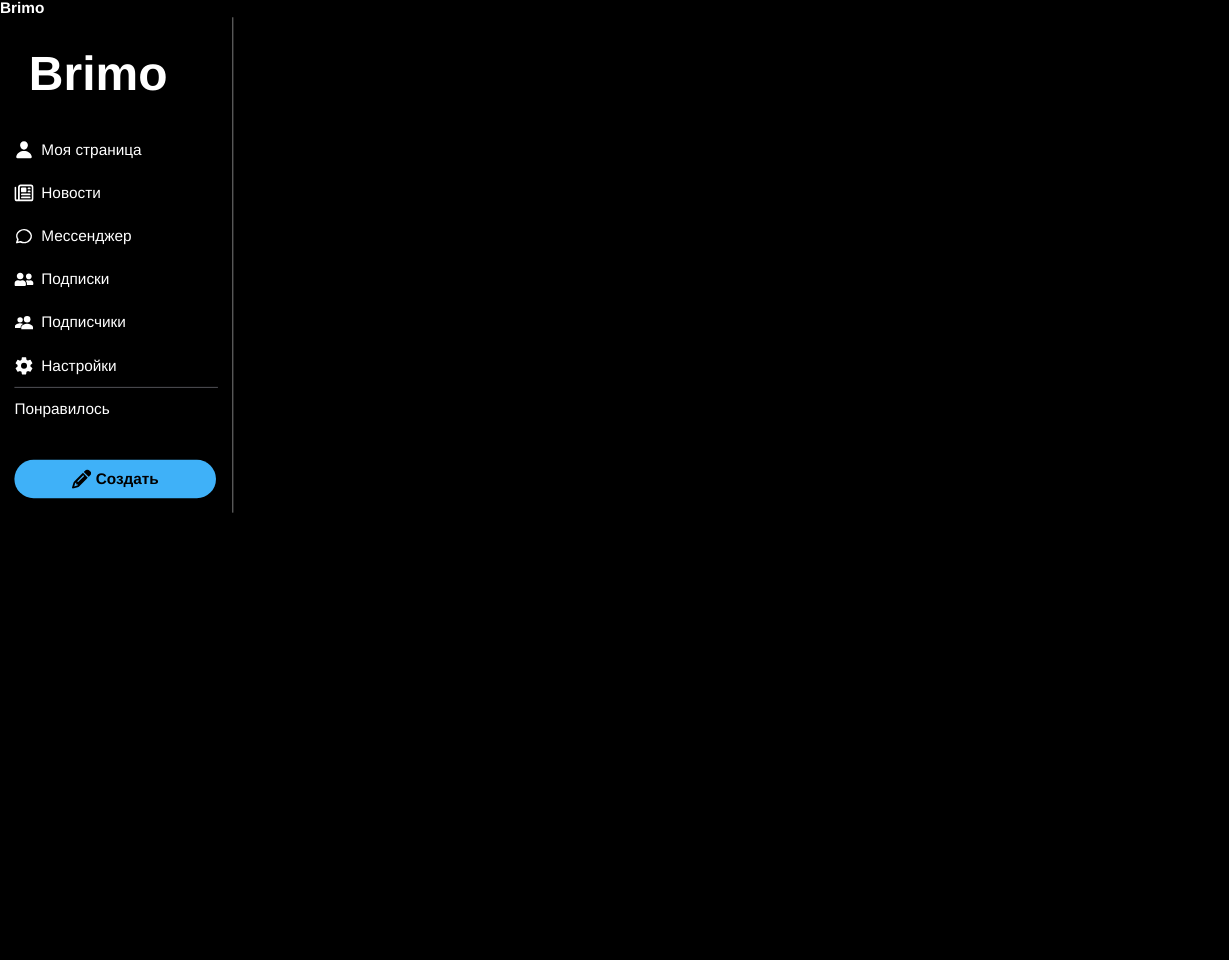
Repository: MaksimKrupkin/socialNetwork
Page: / (app in frontend/socialNetworkFrontend/)
An editor plug-in stored every save of this project. The page is shown before and after the next save, followed by the edit.
The browser window is 1280 px wide. The pictures show the whole page, at 96% of full size.
The project was rebuilt for these pictures with package versions that can differ from the ones it lists, and the page was loaded fresh each time. Also part of the build but not shown: frontend/socialNetworkFrontend/vite.config.js, frontend/socialNetworkFrontend/src/index.css.

Above is the page before, as saved 2024-11-27 20:24:36.

### frontend/socialNetworkFrontend/index.html
<!DOCTYPE html>
<html lang="en">
  <head>
    <meta charset="UTF-8" />
    <link rel="icon" type="image/svg+xml" href="/vite.svg" />
    <meta name="viewport" content="width=device-width, initial-scale=1.0" />
    <title>Brimo</title>
  </head>
  <body>
    <div id="root"></div>
    <script type="module" src="/src/main.jsx"></script>
  </body>
</html>

### frontend/socialNetworkFrontend/src/App.jsx
import './App.css';
import { Routes, Route } from 'react-router-dom';
import MainPage from './Pages/MainPage/MainPage';

function App() {
  return (
    <div>
      <Routes>
        <Route path="/" element={<MainPage />} />
      </Routes>
    </div>
  );
}

export default App;

### frontend/socialNetworkFrontend/src/Pages/MainPage/MainPage.jsx
import React from 'react';
import styles from './MainPage.module.scss';
import Navigation from '../../Components/Navigation/Navigation';

function MainPage() {
  return (
    <div className={styles.wrapper}>
      <header className={styles.header}>
        <div className={styles.logo}>Brimo</div>
      </header>
      <Navigation />
    </div>
  );
}
export default MainPage;

### frontend/socialNetworkFrontend/src/Pages/MainPage/MainPage.module.scss
.wrapper {
  margin: 0 auto;
  background-color: black;
  width: 100%;
  height: 1000px;
  color: white;
  font-weight: 700;
  font-family: 'Favorit Modern', 'Helvetica Neue', 'HelveticaNeue', Arial, Helvetica, sans-serif;
}

### frontend/socialNetworkFrontend/src/Components/Navigation/Navigation.jsx
import React from 'react';
import styles from './Navigation.module.scss';
import { FaRegNewspaper } from 'react-icons/fa6';
import { TbMessageCircle } from 'react-icons/tb';
import { IoPerson } from 'react-icons/io5';
import { FaUserFriends } from 'react-icons/fa';
import { IoPeopleSharp } from 'react-icons/io5';
import { IoSettingsSharp } from 'react-icons/io5';
import { FaPencil } from 'react-icons/fa6';

const Navigation = () => {
  return (
    <div className={styles.wrapper}>
      <header className={styles.header}>
        <div className={styles.logo}>Brimo</div>
      </header>
      <div className={styles.item}>
        <IoPerson fontSize={20} />
        <span className={styles.text}>Моя страница</span>
      </div>
      <div className={styles.item}>
        <FaRegNewspaper fontSize={20} />
        <span className={styles.text}>Новости</span>
      </div>
      <div className={styles.item}>
        <TbMessageCircle fontSize={20} />
        <span className={styles.text}>Мессенджер</span>
      </div>
      <div className={styles.item}>
        <FaUserFriends fontSize={20} />
        <span className={styles.text}>Подписки</span>
      </div>
      <div className={styles.item}>
        <IoPeopleSharp fontSize={20} />
        <span className={styles.text}>Подписчики</span>
      </div>
      <div className={styles.item}>
        <IoSettingsSharp fontSize={20} />
        <span className={styles.text}>Настройки</span>
      </div>
      <hr className={styles.line} />
      <div className={styles.item}>
        <span className={styles.text}>Понравилось</span>
      </div>
      <div className={styles.create_new}>
        <FaPencil style={{ color: 'black', fontSize: '20px' }} />
        <span className={styles.button_text}>Создать</span>
      </div>
    </div>
  );
};

export default Navigation;

### frontend/socialNetworkFrontend/src/Components/Navigation/Navigation.module.scss
.wrapper {
  width: 19%;
  margin-top: 0px;
  padding: 15px;
  overflow-y: hidden;
  border-right: 1px solid gray;
}
.header {
  height: 100px;
  padding: 15px;
  .logo {
    font-size: 50px;
  }
}
.item {
  height: 45px;
  display: flex;
  align-items: center;
  justify-content: flex-start;
  gap: 8px;
}
.text {
  font-size: 16px;
  font-weight: 300;
}
.line {
  width: 100%;
  height: 0.5px;
  background-color: rgb(83, 83, 90);
  border: none;
}

.create_new {
  margin-top: 30px;
  width: 99%;
  height: 40px;
  background-color: rgb(63, 177, 248);
  border-radius: 25px;
  display: flex;
  justify-content: center;
  align-items: center;
  gap: 5px;
  .button_text {
    color: black;
  }
}

Loaded but not shown: frontend/socialNetworkFrontend/src/main.jsx (common file); frontend/socialNetworkFrontend/src/App.css (common file)

After the next save:
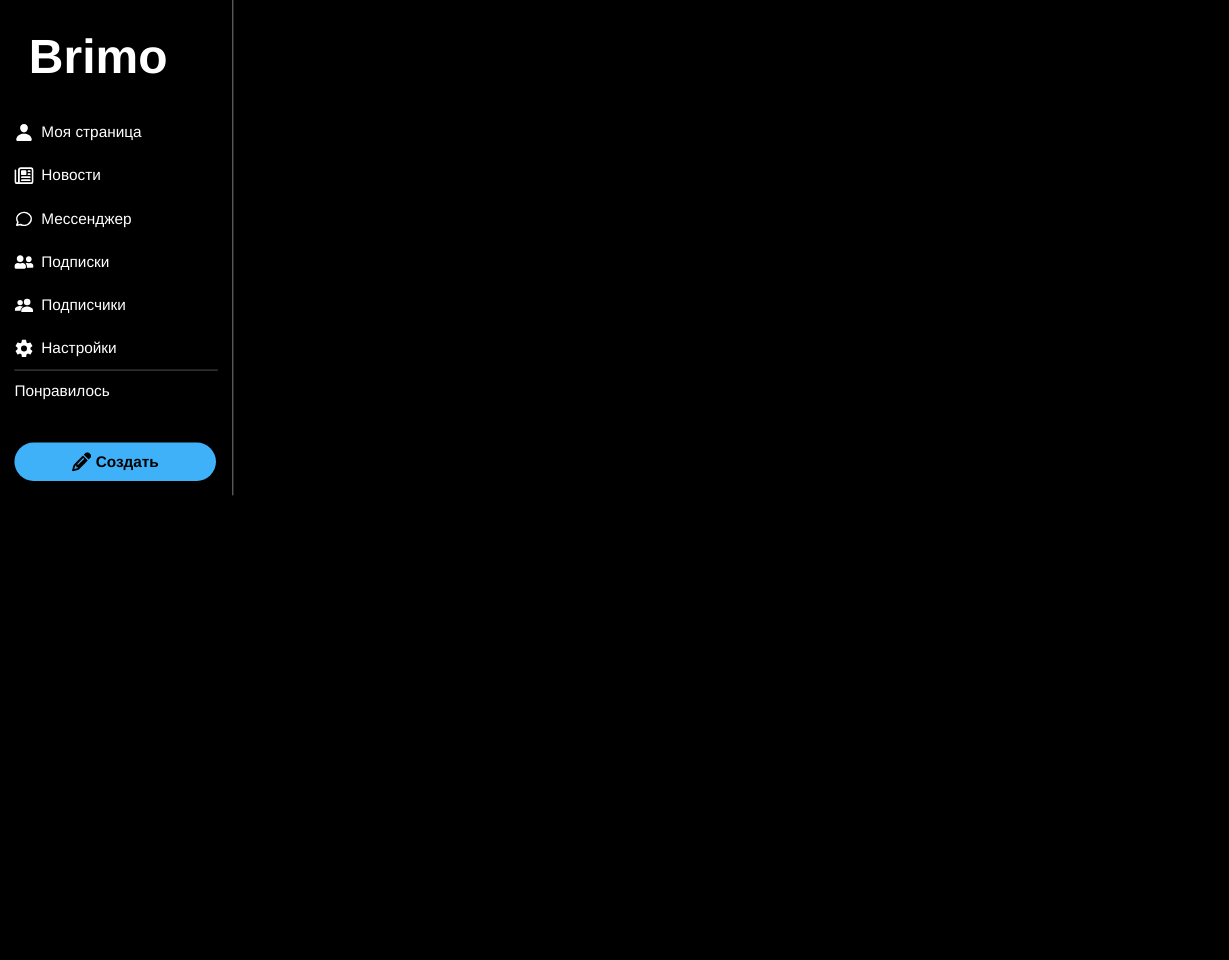
Saved 4 s later.
--- a/frontend/socialNetworkFrontend/src/Pages/MainPage/MainPage.jsx
+++ b/frontend/socialNetworkFrontend/src/Pages/MainPage/MainPage.jsx
@@ -5,9 +5,6 @@ import Navigation from '../../Components/Navigation/Navigation';
 function MainPage() {
   return (
     <div className={styles.wrapper}>
-      <header className={styles.header}>
-        <div className={styles.logo}>Brimo</div>
-      </header>
       <Navigation />
     </div>
   );
